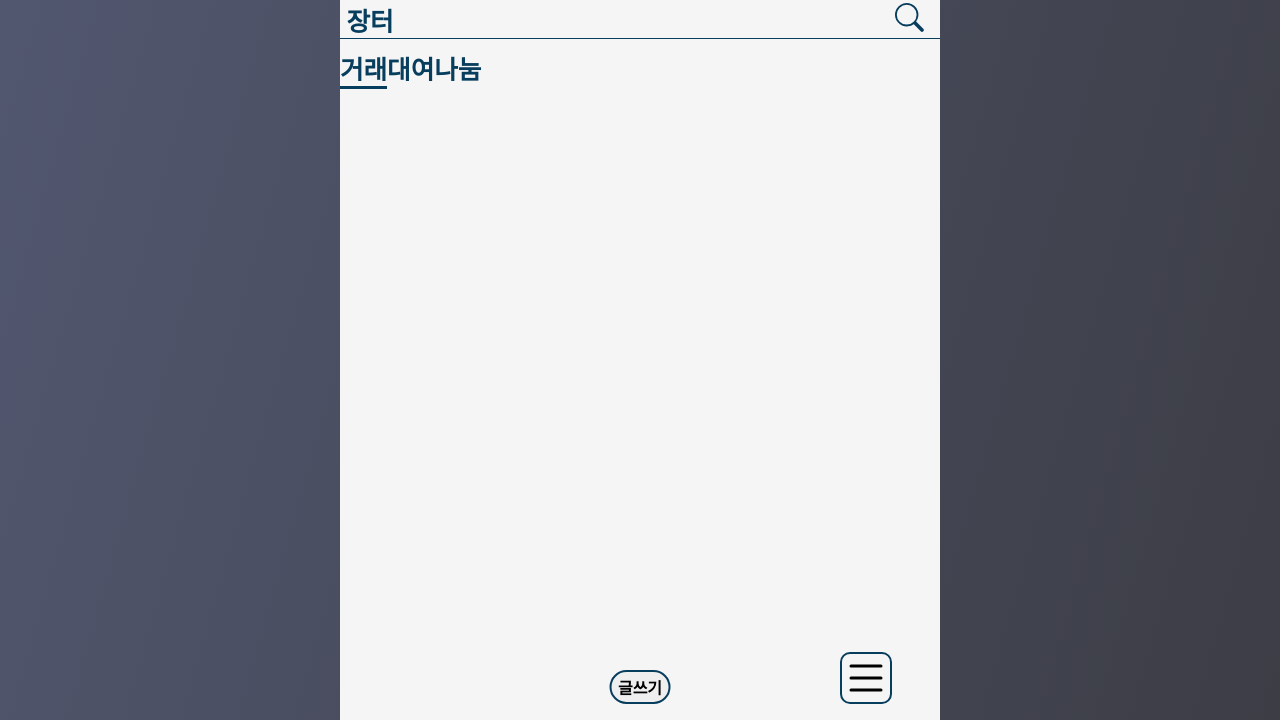
Repository: SeungYn/hanium
Page: /trade/trade
These files come from the project's save history. The page is drawn as it stood at one moment and after a run of saves; the edit follows.
The browser window is 1280 px wide. The pictures show the whole page.
The page's requests for data from a server got no answer. The project was rebuilt for these pictures with package versions that can differ from the ones it lists, and the page was loaded fresh each time. No one was signed in, and anything a server would have sent is missing. Also part of the build but not shown: src/App.css, src/components/Chat/ChatHeader/ChatHeader.module.css, src/components/Chat/ChatHeader/ChatHeader.jsx, src/components/Chat/ChatPeoples/ChatPeoples.jsx, src/components/Chat/ChatSideBar/ChatSideBar.module.css, src/components/Chat/ChatSideBar/ChatSideBar.jsx, src/components/ReadPopup/ReadPopup.module.css, src/components/ReadPopup/ReadPopup.jsx and 26 more.

Above is the page before, as saved 2022-11-21 13:39:40.

After the next 2 saves:
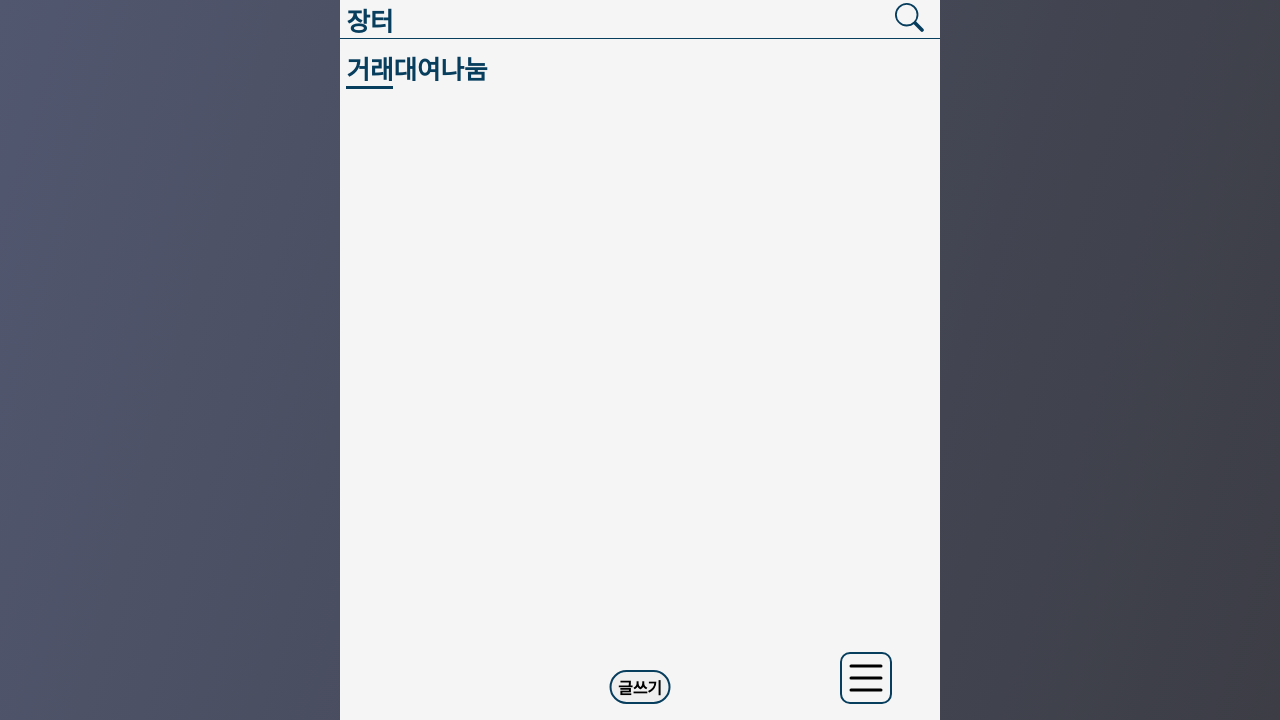
The 2 saves are shown as one change because they came seconds apart.
The last was saved 69 s later.
--- a/src/components/Trade/TradeCategory/TradeCategory.module.css
+++ b/src/components/Trade/TradeCategory/TradeCategory.module.css
@@ -1,5 +1,6 @@
 .categories {
   display: flex;
+  padding: 0 0.4rem;
 }
 
 .category {
